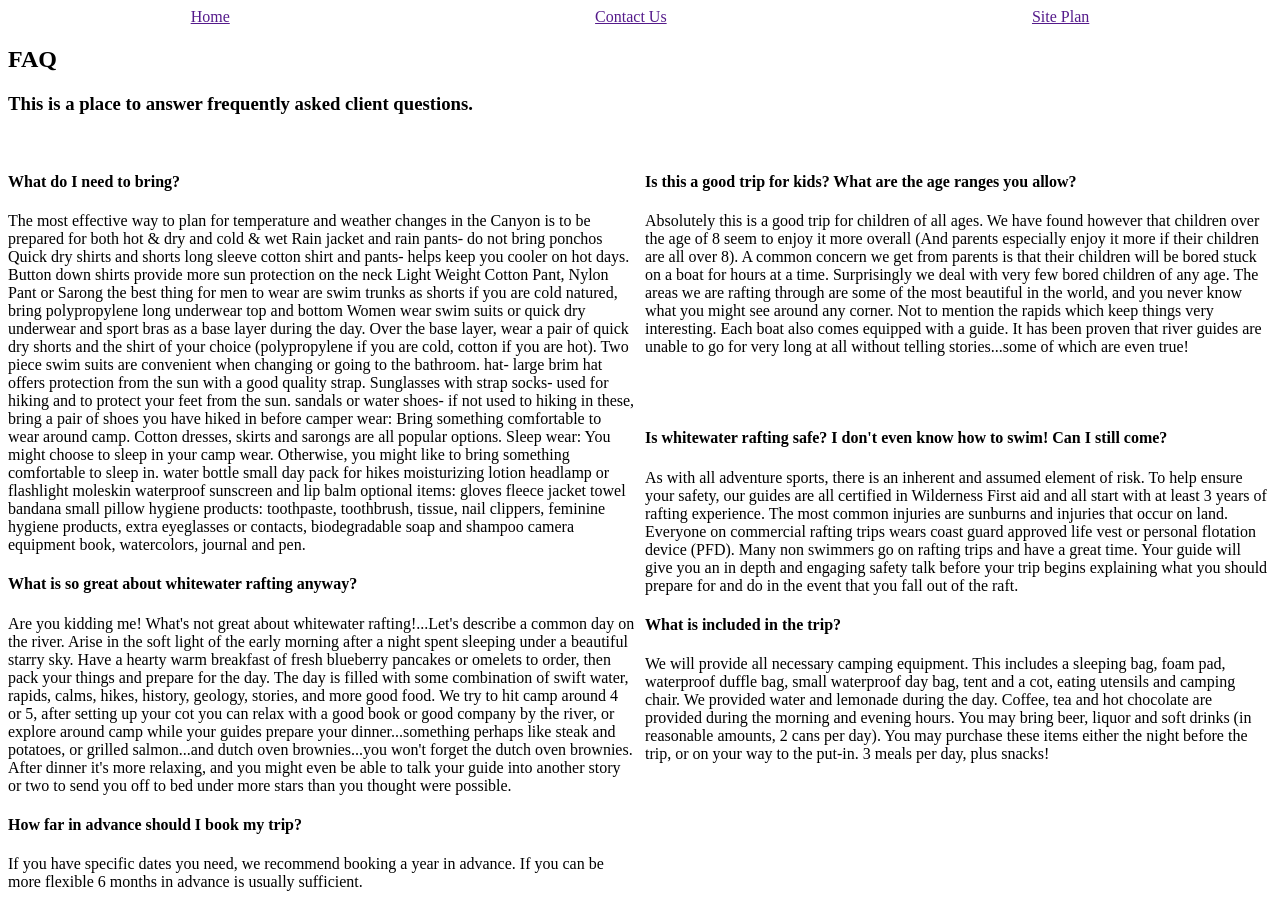
Repository: nak97/WDD-130
Page: wrr/faq.html
An editor plug-in stored every save of this project. The page is shown before and after the next save, followed by the edit.
The browser window is 1280 px wide. The pictures show the whole page.

Above is the page before, as saved 2023-03-08 11:15:55.

After the next save:
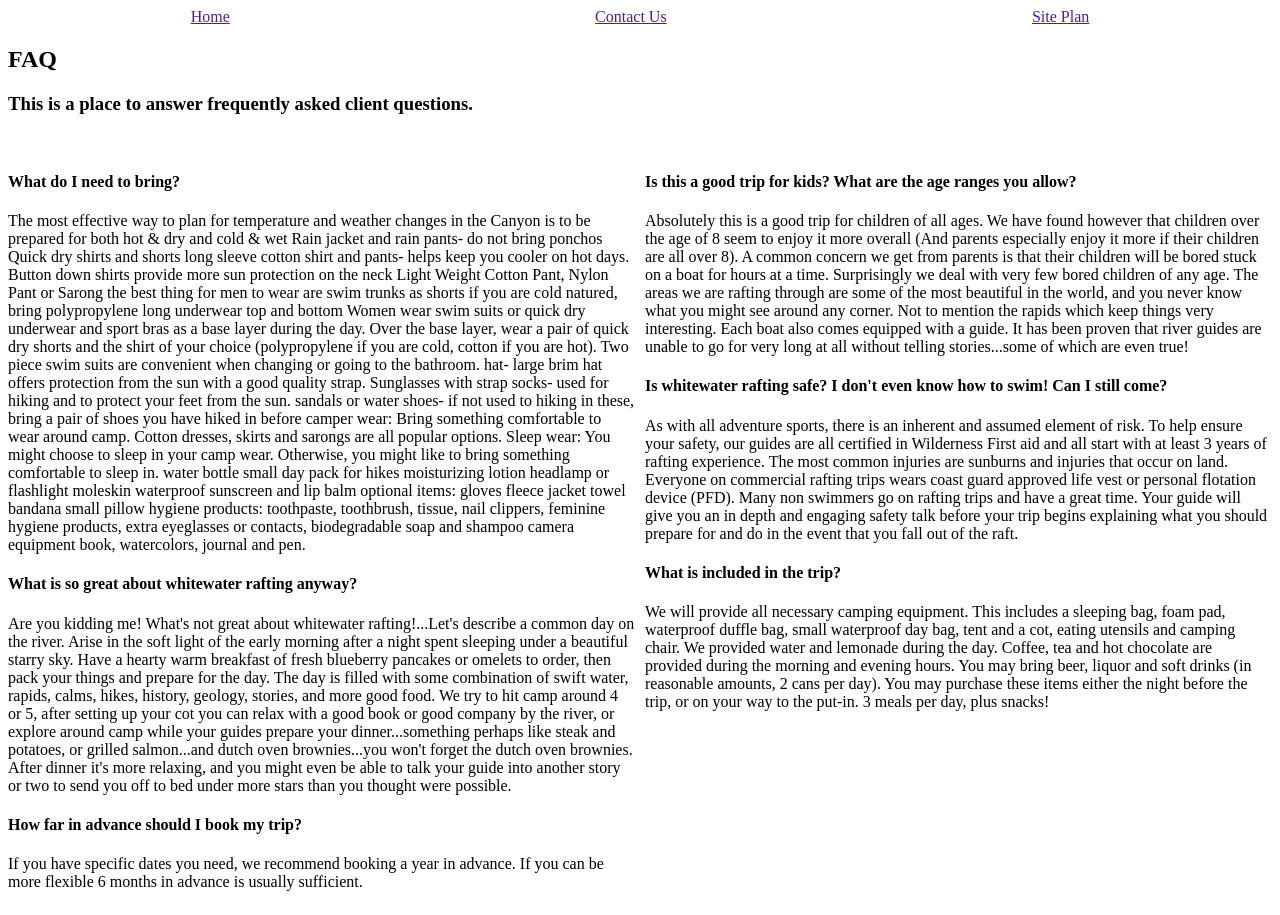
Saved 23 s later.
--- a/wrr/faq.html
+++ b/wrr/faq.html
@@ -42,7 +42,7 @@
 
   <div class="info-4">
     <h4>Is this a good trip for kids? What are the age ranges you allow? </h4>
-    <p>Absolutely this is a good trip for children of all ages. We have found however that children over the age of 8 seem to enjoy it more overall (And parents especially enjoy it more if their children are all over 8). A common concern we get from parents is that their children will be bored stuck on a boat for hours at a time. Surprisingly we deal with very few bored children of any age. The areas we are rafting through are some of the most beautiful in the world, and you never know what you might see around any corner. Not to mention the rapids which keep things very interesting. Each boat also comes equipped with a guide. It has been proven that river guides are unable to go for very long at all without telling stories...some of which are even true!</p>   <br><br>
+    <p>Absolutely this is a good trip for children of all ages. We have found however that children over the age of 8 seem to enjoy it more overall (And parents especially enjoy it more if their children are all over 8). A common concern we get from parents is that their children will be bored stuck on a boat for hours at a time. Surprisingly we deal with very few bored children of any age. The areas we are rafting through are some of the most beautiful in the world, and you never know what you might see around any corner. Not to mention the rapids which keep things very interesting. Each boat also comes equipped with a guide. It has been proven that river guides are unable to go for very long at all without telling stories...some of which are even true!</p>
     </div>
     <div class="info-5">
       <h4>Is whitewater rafting safe? I don't even know how to swim! Can I still come?</h4>
